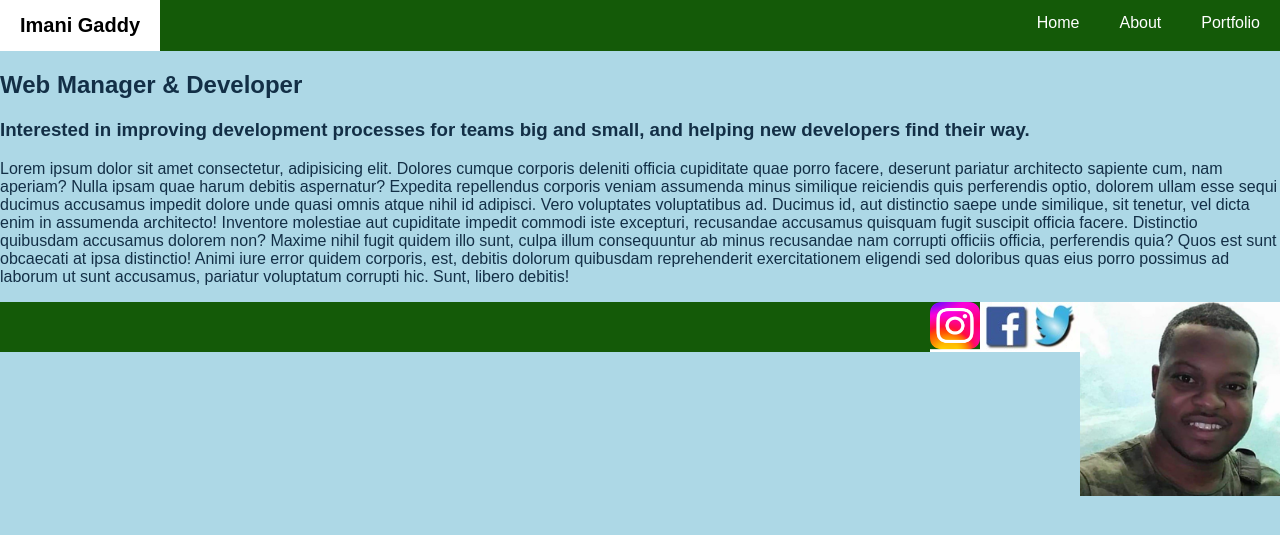
Repository: website-dev-team/website-repo
Page: personal_site/home.html
These files come from the project's save history. The page is drawn as it stood at one moment and after the next save; the edit follows.
The browser window is 1280 px wide. The pictures show the whole page.

Above is the page before, as saved 2024-07-16 05:08:05.

After the next save:
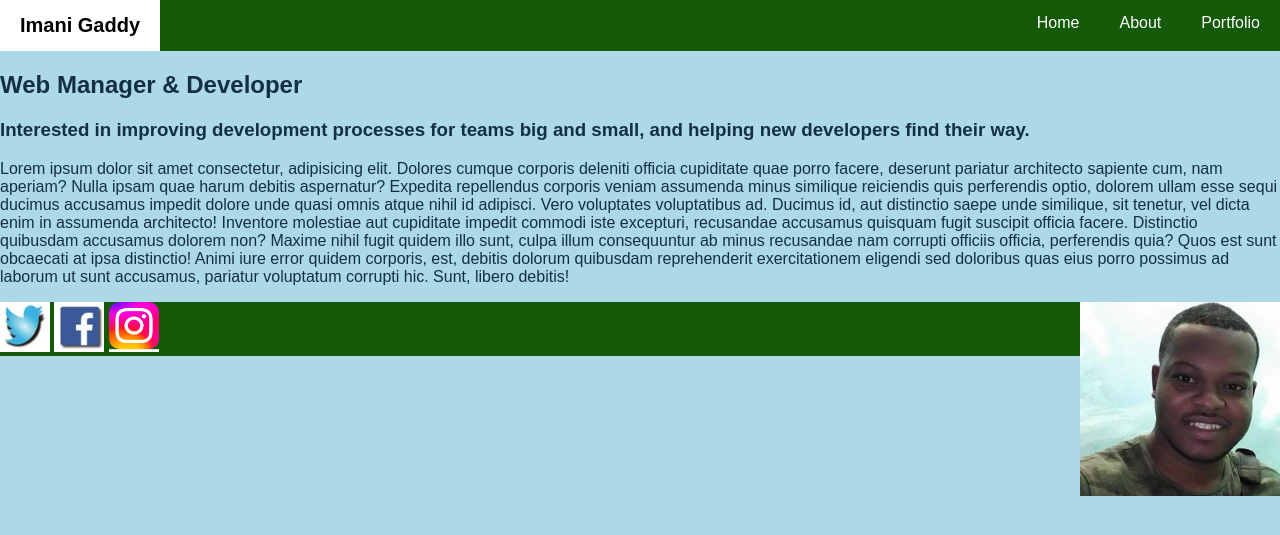
Saved 80 s later.
--- a/personal_site/home.html
+++ b/personal_site/home.html
@@ -30,9 +30,9 @@
 </div>
 <footer>
     <nav class="navbar">
-        <img src="twitter.jpg" alt="insta" class="float-left" width="50" height="50">
-        <img src="facebook.jpg" alt="insta" class="float-left" width="50" height="50">
-        <img src="instagram.png" alt="insta" class="float-left" width="50" height="50">
+        <img src="twitter.jpg" alt="insta" width="50" height="50">
+        <img src="facebook.jpg" alt="insta" width="50" height="50">
+        <img src="instagram.png" alt="insta" width="50" height="50">
 
     </nav>
 </footer>
